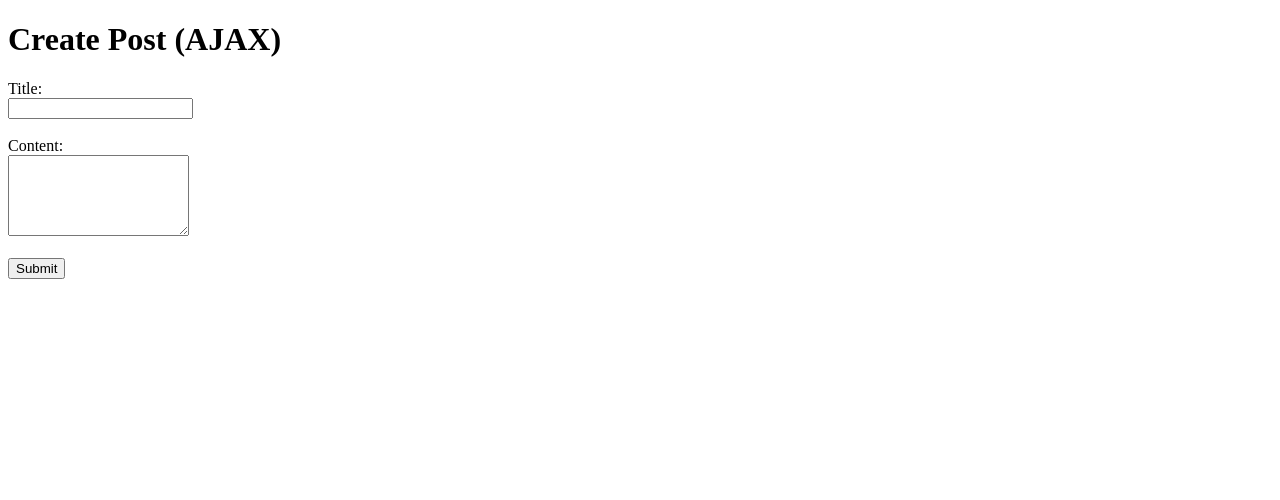
Repository: ciIHeB/anterlab-laravel-test
Page: http://localhost/ajax-form
An editor plug-in stored every save of this project. The page is shown before and after the next save, followed by the edit.
The browser window is 1280 px wide. The pictures show the whole page.
The page is served by the project's Laravel application, run on PHP 8.4 with Laravel 10.

Above is the page before, as saved 2025-06-25 10:54:00.

After the next save:
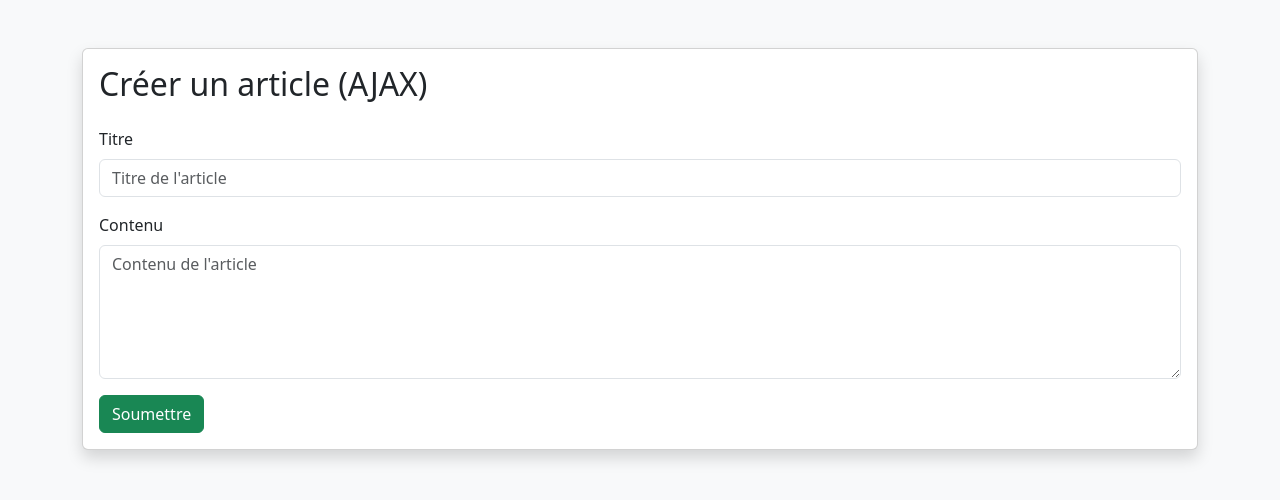
Saved 42 s later.
--- a/resources/views/posts/ajax-form.blade.php
+++ b/resources/views/posts/ajax-form.blade.php
@@ -1,27 +1,43 @@
 <!DOCTYPE html>
-<html lang="en">
+<html lang="fr">
 <head>
     <meta charset="UTF-8">
-    <title>AJAX Post Submission</title>
+    <title>Créer un Article (AJAX)</title>
     <meta name="csrf-token" content="{{ csrf_token() }}">
+
+    <!-- Bootstrap 5 CSS -->
+    <link href="https://cdn.jsdelivr.net/npm/bootstrap@5.3.3/dist/css/bootstrap.min.css" rel="stylesheet">
     <script src="https://cdn.jsdelivr.net/npm/axios/dist/axios.min.js"></script>
 </head>
-<body>
+<body class="bg-light">
 
-<h1>Create Post (AJAX)</h1>
+<div class="container mt-5">
+    <div class="card shadow">
+        <div class="card-body">
+            <h2 class="card-title mb-4">Créer un article (AJAX)</h2>
 
-<form id="ajaxPostForm">
-    <label>Title:</label><br>
-    <input type="text" name="title" id="title"><br><br>
+            <!-- Success or error message -->
+            <div id="message" class="mb-3"></div>
 
-    <label>Content:</label><br>
-    <textarea name="content" id="content" rows="5"></textarea><br><br>
+            <!-- AJAX Form -->
+            <form id="ajaxPostForm">
+                <div class="mb-3">
+                    <label for="title" class="form-label">Titre</label>
+                    <input type="text" name="title" id="title" class="form-control" placeholder="Titre de l'article">
+                </div>
 
-    <button type="submit">Submit</button>
-</form>
+                <div class="mb-3">
+                    <label for="content" class="form-label">Contenu</label>
+                    <textarea name="content" id="content" rows="5" class="form-control" placeholder="Contenu de l'article"></textarea>
+                </div>
 
-<p id="message" style="color: green;"></p>
+                <button type="submit" class="btn btn-success">Soumettre</button>
+            </form>
+        </div>
+    </div>
+</div>
 
+<!-- AJAX Script -->
 <script>
 document.getElementById('ajaxPostForm').addEventListener('submit', function(e) {
     e.preventDefault();
@@ -29,11 +45,9 @@
     const title = document.getElementById('title').value;
     const content = document.getElementById('content').value;
     const message = document.getElementById('message');
+    message.innerHTML = '';
+    message.className = '';
 
-    // Clear message
-    message.textContent = '';
-
-    // CSRF token from meta tag
     const token = document.querySelector('meta[name="csrf-token"]').getAttribute('content');
 
     axios.post('{{ route('ajax.post') }}', { title, content }, {
@@ -43,19 +57,18 @@
         }
     })
     .then(function (response) {
+        message.className = 'alert alert-success';
         message.textContent = response.data.message;
-        // Optionally clear form
         document.getElementById('ajaxPostForm').reset();
     })
     .catch(function (error) {
         if (error.response && error.response.data.errors) {
-            // Show validation errors
-            let errors = error.response.data.errors;
-            message.style.color = 'red';
-            message.textContent = Object.values(errors).flat().join(' ');
+            const errors = Object.values(error.response.data.errors).flat().join(' ');
+            message.className = 'alert alert-danger';
+            message.textContent = errors;
         } else {
-            message.style.color = 'red';
-            message.textContent = 'An error occurred.';
+            message.className = 'alert alert-danger';
+            message.textContent = 'Une erreur est survenue.';
         }
     });
 });

After the save that followed:
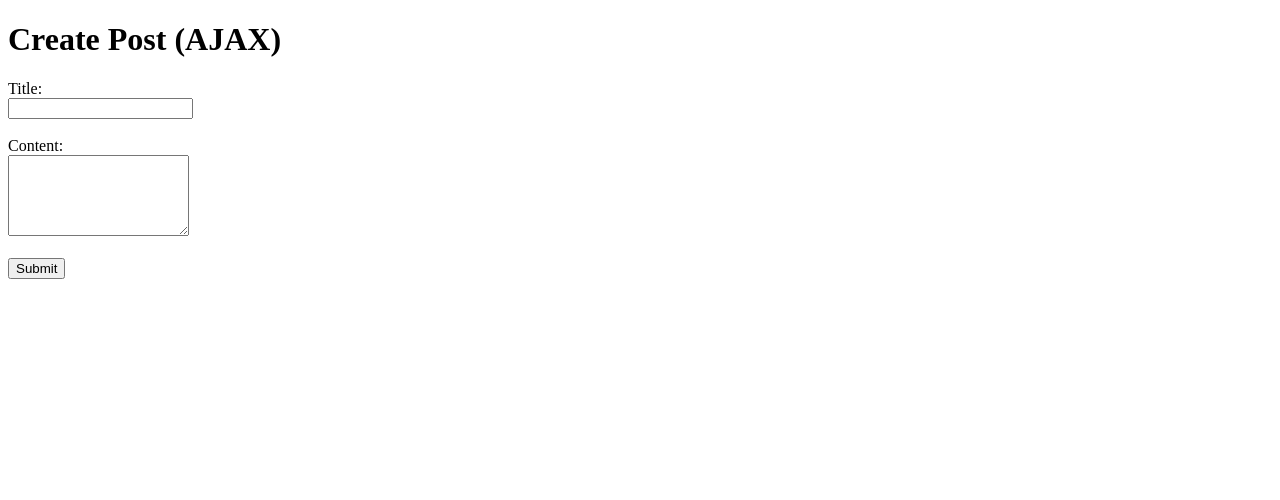
Saved 32 s later.
--- a/resources/views/posts/ajax-form.blade.php
+++ b/resources/views/posts/ajax-form.blade.php
@@ -1,43 +1,27 @@
 <!DOCTYPE html>
-<html lang="fr">
+<html lang="en">
 <head>
     <meta charset="UTF-8">
-    <title>Créer un Article (AJAX)</title>
+    <title>AJAX Post Submission</title>
     <meta name="csrf-token" content="{{ csrf_token() }}">
-
-    <!-- Bootstrap 5 CSS -->
-    <link href="https://cdn.jsdelivr.net/npm/bootstrap@5.3.3/dist/css/bootstrap.min.css" rel="stylesheet">
     <script src="https://cdn.jsdelivr.net/npm/axios/dist/axios.min.js"></script>
 </head>
-<body class="bg-light">
+<body>
 
-<div class="container mt-5">
-    <div class="card shadow">
-        <div class="card-body">
-            <h2 class="card-title mb-4">Créer un article (AJAX)</h2>
+<h1>Create Post (AJAX)</h1>
 
-            <!-- Success or error message -->
-            <div id="message" class="mb-3"></div>
+<form id="ajaxPostForm">
+    <label>Title:</label><br>
+    <input type="text" name="title" id="title"><br><br>
 
-            <!-- AJAX Form -->
-            <form id="ajaxPostForm">
-                <div class="mb-3">
-                    <label for="title" class="form-label">Titre</label>
-                    <input type="text" name="title" id="title" class="form-control" placeholder="Titre de l'article">
-                </div>
+    <label>Content:</label><br>
+    <textarea name="content" id="content" rows="5"></textarea><br><br>
 
-                <div class="mb-3">
-                    <label for="content" class="form-label">Contenu</label>
-                    <textarea name="content" id="content" rows="5" class="form-control" placeholder="Contenu de l'article"></textarea>
-                </div>
+    <button type="submit">Submit</button>
+</form>
 
-                <button type="submit" class="btn btn-success">Soumettre</button>
-            </form>
-        </div>
-    </div>
-</div>
+<p id="message" style="color: green;"></p>
 
-<!-- AJAX Script -->
 <script>
 document.getElementById('ajaxPostForm').addEventListener('submit', function(e) {
     e.preventDefault();
@@ -45,9 +29,11 @@
     const title = document.getElementById('title').value;
     const content = document.getElementById('content').value;
     const message = document.getElementById('message');
-    message.innerHTML = '';
-    message.className = '';
 
+    // Clear message
+    message.textContent = '';
+
+    // CSRF token from meta tag
     const token = document.querySelector('meta[name="csrf-token"]').getAttribute('content');
 
     axios.post('{{ route('ajax.post') }}', { title, content }, {
@@ -57,18 +43,19 @@
         }
     })
     .then(function (response) {
-        message.className = 'alert alert-success';
         message.textContent = response.data.message;
+        // Optionally clear form
         document.getElementById('ajaxPostForm').reset();
     })
     .catch(function (error) {
         if (error.response && error.response.data.errors) {
-            const errors = Object.values(error.response.data.errors).flat().join(' ');
-            message.className = 'alert alert-danger';
-            message.textContent = errors;
+            // Show validation errors
+            let errors = error.response.data.errors;
+            message.style.color = 'red';
+            message.textContent = Object.values(errors).flat().join(' ');
         } else {
-            message.className = 'alert alert-danger';
-            message.textContent = 'Une erreur est survenue.';
+            message.style.color = 'red';
+            message.textContent = 'An error occurred.';
         }
     });
 });
